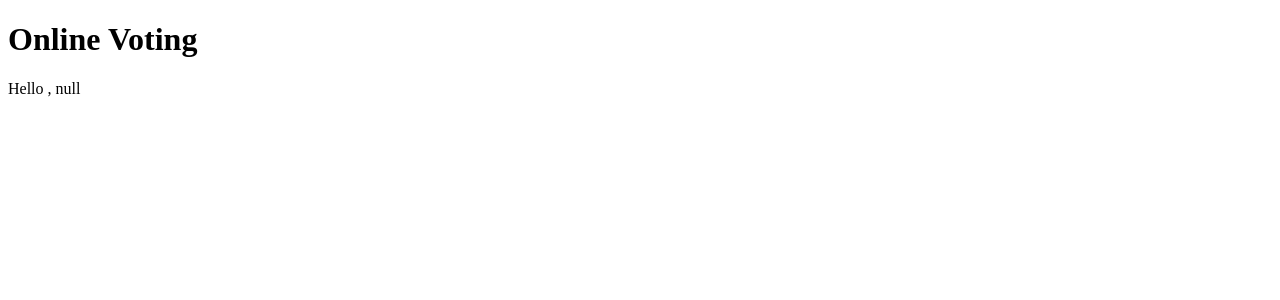
Repository: bhageshchincholi/AdvanceJava
Page: http://localhost/Election/login.jsp
These files come from the project's save history. The page is drawn as it stood at one moment and after the next save; the edit follows.
The browser window is 1280 px wide. The pictures show the whole page.
The page is served by Tomcat 9. Queries for data that is not in the repository find no rows.

Above is the page before, as saved 2024-06-11 10:10:31.

After the next save:
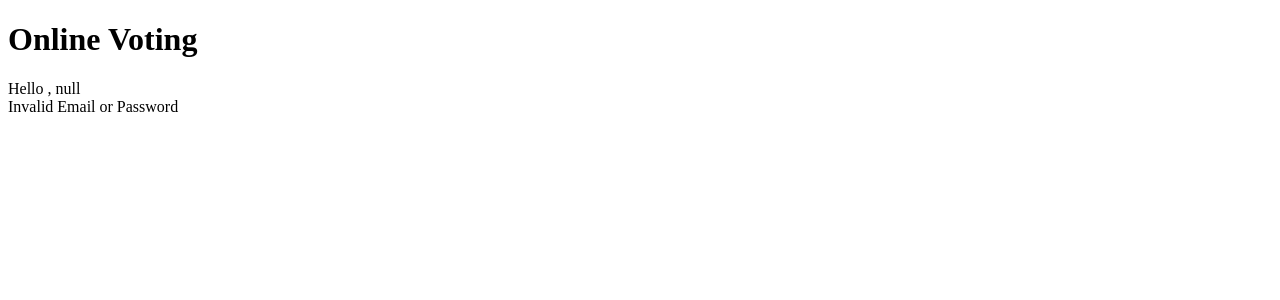
Saved 29 s later.
--- a/ElectionJSP/Election/src/main/webapp/login.jsp
+++ b/ElectionJSP/Election/src/main/webapp/login.jsp
@@ -20,7 +20,10 @@
 				<% } %>
 		<% } else { %>
 				<h1>Online Voting</h1>
-				Hello , <jsp:getProperty property="email" name="lb"/> </br>
+				Hello , <jsp:getProperty property="email" name="lb"/> <br/>
+
+				Invalid Email or Password <br/><br/>
+
 		<% } %>
 </body>
 </html>
